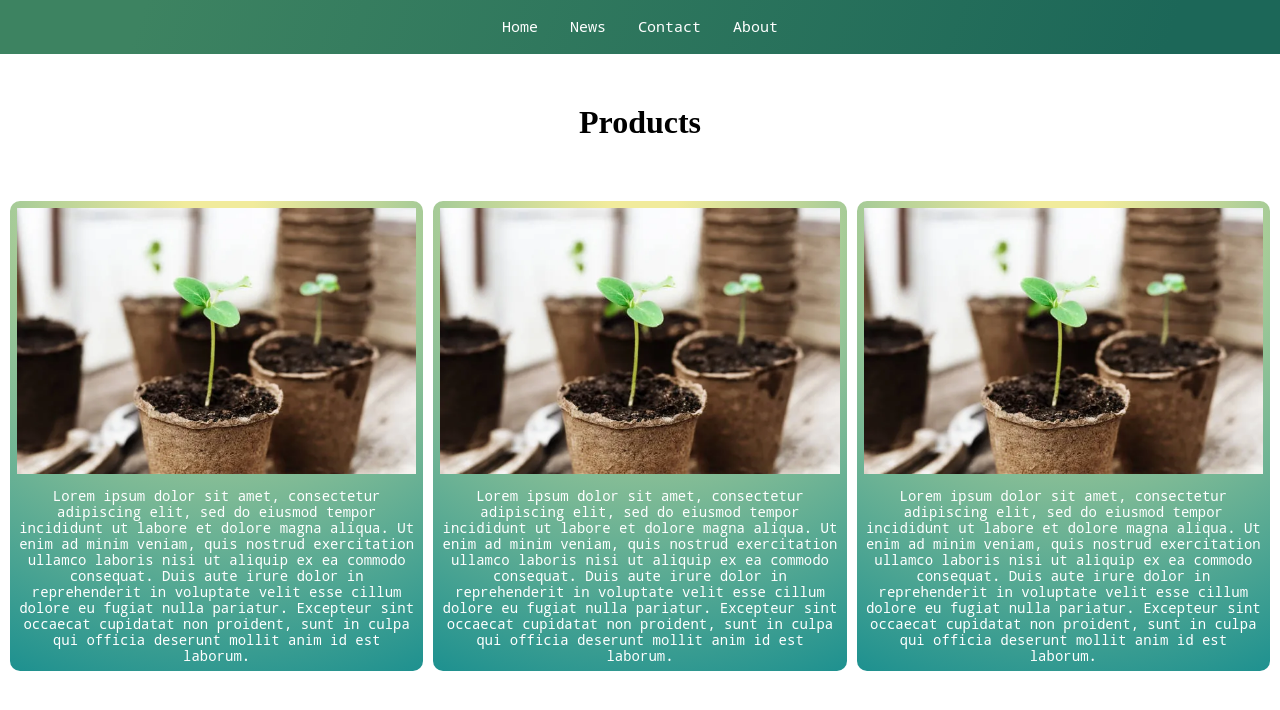
Repository: Flexo874/ISITECH-HTML-CSS
Page: index.html
The author's editor kept a copy of each file at every save. The page is drawn from the files as they stood at one save, then again after the next save.
The browser window is 1280 px wide. The pictures show the whole page.

Above is the page before, as saved 2024-01-02 13:35:07.

After the next save:
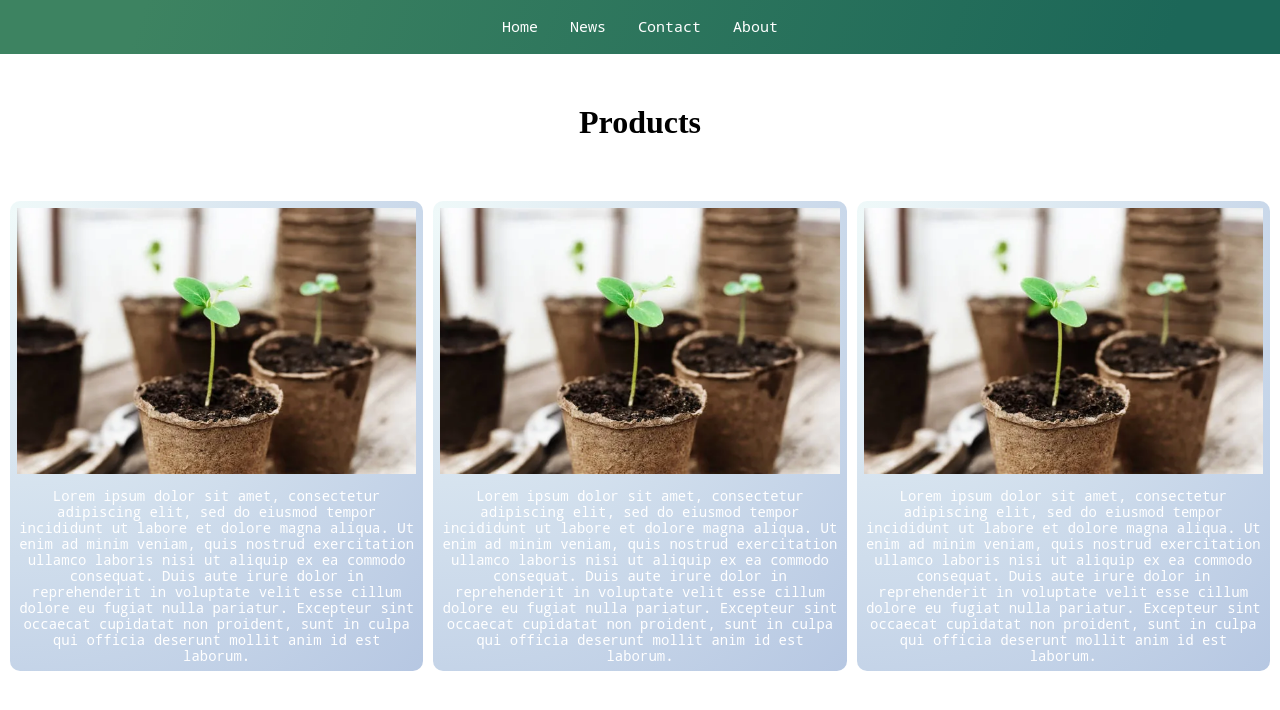
Saved 43 s later.
--- a/style.css
+++ b/style.css
@@ -52,8 +52,7 @@ h1 {
     text-align: center;
 }
 .item {
-    background-image: radial-gradient( circle 575px at 50.6% -1.5%,  rgba(241,235,156,1) 6.2%, rgba(5,134,142,1) 100.2% );
-    display: flex;
+    background-image: radial-gradient( circle farthest-corner at 1.3% 2.8%,  rgba(239,249,249,1) 0%, rgba(182,199,226,1) 100.2% );    display: flex;
     flex-direction: column;
     align-items: center;
     justify-content: center;
